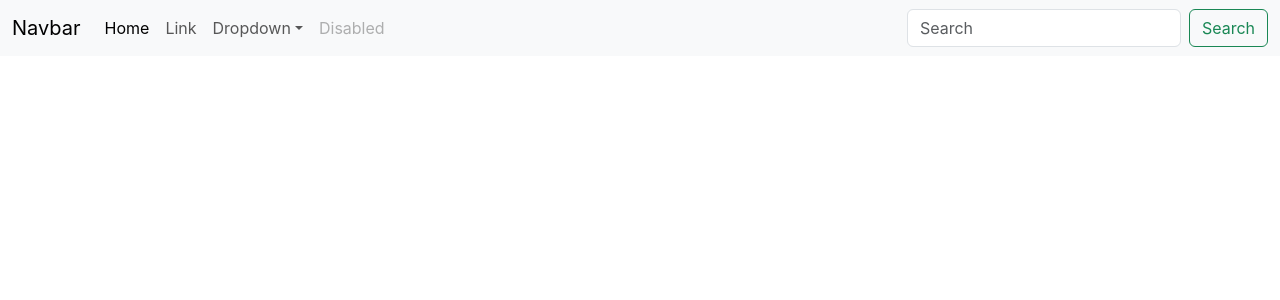
Repository: Rohit-foryou/News-website
Page: /
The author's editor kept a copy of each file at every save. The page is drawn from the files as they stood at one save, then again after the next save.
The browser window is 1280 px wide. The pictures show the whole page.
The project was rebuilt for these pictures with package versions that can differ from the ones it lists, and the page was loaded fresh each time.

Above is the page before, as saved 2023-12-22 18:55:59.

### public/index.html
<!DOCTYPE html>
<html lang="en">
  <head>
    <meta charset="utf-8" />
    <link rel="icon" href="%PUBLIC_URL%/favicon.ico" />
    <meta name="viewport" content="width=device-width, initial-scale=1" />
    <meta name="theme-color" content="#000000" />
    <meta
      name="description"
      content="News Tak is used to see latest news fast and easy"
    />
    <link rel="apple-touch-icon" href="%PUBLIC_URL%/logo192.png" />
    <!--
      manifest.json provides metadata used when your web app is installed on a
      user's mobile device or desktop. See https://developers.google.com/web/fundamentals/web-app-manifest/
    -->
    <link rel="manifest" href="%PUBLIC_URL%/manifest.json" />
    <!--
      Notice the use of %PUBLIC_URL% in the tags above.
      It will be replaced with the URL of the `public` folder during the build.
      Only files inside the `public` folder can be referenced from the HTML.

      Unlike "/favicon.ico" or "favicon.ico", "%PUBLIC_URL%/favicon.ico" will
      work correctly both with client-side routing and a non-root public URL.
      Learn how to configure a non-root public URL by running `npm run build`.
    -->
    <title>News Tak</title>
    <link href="https://cdn.jsdelivr.net/npm/bootstrap@5.3.2/dist/css/bootstrap.min.css" rel="stylesheet" integrity="sha384-T3c6CoIi6uLrA9TneNEoa7RxnatzjcDSCmG1MXxSR1GAsXEV/Dwwykc2MPK8M2HN" crossorigin="anonymous">
  </head>
  <body>
    <noscript>You need to enable JavaScript to run this app.</noscript>
    <div id="root"></div>
    <!--
      This HTML file is a template.
      If you open it directly in the browser, you will see an empty page.

      You can add webfonts, meta tags, or analytics to this file.
      The build step will place the bundled scripts into the <body> tag.

      To begin the development, run `npm start` or `yarn start`.
      To create a production bundle, use `npm run build` or `yarn build`.
    -->
    <script src="https://cdn.jsdelivr.net/npm/bootstrap@5.3.2/dist/js/bootstrap.bundle.min.js" integrity="sha384-C6RzsynM9kWDrMNeT87bh95OGNyZPhcTNXj1NW7RuBCsyN/o0jlpcV8Qyq46cDfL" crossorigin="anonymous"></script>
  </body>
</html>

### src/App.js
import React, { Component } from 'react'
import NavBar from './Components/NavBar'

export class App extends Component {
  render() {
    return (
      <div>
        <NavBar/>
      </div>
    )
  }
}

export default App

### src/Components/NavBar.js
import React, { Component } from 'react'

export default class NavBar extends Component {
  render() {
    return (
      <div>
        <nav className="navbar navbar-expand-lg bg-body-tertiary">
            <div className="container-fluid">
                <a className="navbar-brand" href="/">Navbar</a>
                <button className="navbar-toggler" type="button" data-bs-toggle="collapse" data-bs-target="#navbarSupportedContent" aria-controls="navbarSupportedContent" aria-expanded="false" aria-label="Toggle navigation">
                <span className="navbar-toggler-icon"></span>
                </button>
                <div className="collapse navbar-collapse" id="navbarSupportedContent">
                <ul className="navbar-nav me-auto mb-2 mb-lg-0">
                    <li className="nav-item">
                    <a className="nav-link active" aria-current="page" href="/">Home</a>
                    </li>
                    <li className="nav-item">
                    <a className="nav-link" href="/">Link</a>
                    </li>
                    <li className="nav-item dropdown">
                    <a className="nav-link dropdown-toggle" href="/" role="button" data-bs-toggle="dropdown" aria-expanded="false">
                        Dropdown
                    </a>
                    <ul className="dropdown-menu">
                        <li><a className="dropdown-item" href="/">Action</a></li>
                        <li><a className="dropdown-item" href="/">Another action</a></li>
                        <li><hr className="dropdown-divider"/></li>
                        <li><a className="dropdown-item" href="/">Something else here</a></li>
                    </ul>
                    </li>
                    <li className="nav-item">
                    <a className="nav-link disabled" aria-disabled="true">Disabled</a>
                    </li>
                </ul>
                <form className="d-flex" role="search">
                    <input className="form-control me-2" type="search" placeholder="Search" aria-label="Search"/>
                    <button className="btn btn-outline-success" type="submit">Search</button>
                </form>
                </div>
            </div>
        </nav>
      </div>
    )
  }
}

Loaded but not shown: src/index.js (common file); src/index.css (common file); src/reportWebVitals.js (common file)

After the next save:
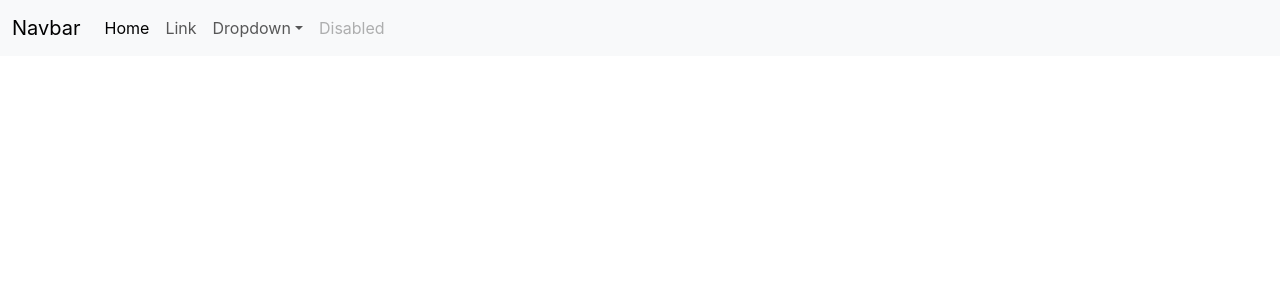
Saved 2 min 52 s later.
--- a/src/Components/NavBar.js
+++ b/src/Components/NavBar.js
@@ -33,10 +33,6 @@ export default class NavBar extends Component {
                     <a className="nav-link disabled" aria-disabled="true">Disabled</a>
                     </li>
                 </ul>
-                <form className="d-flex" role="search">
-                    <input className="form-control me-2" type="search" placeholder="Search" aria-label="Search"/>
-                    <button className="btn btn-outline-success" type="submit">Search</button>
-                </form>
                 </div>
             </div>
         </nav>
